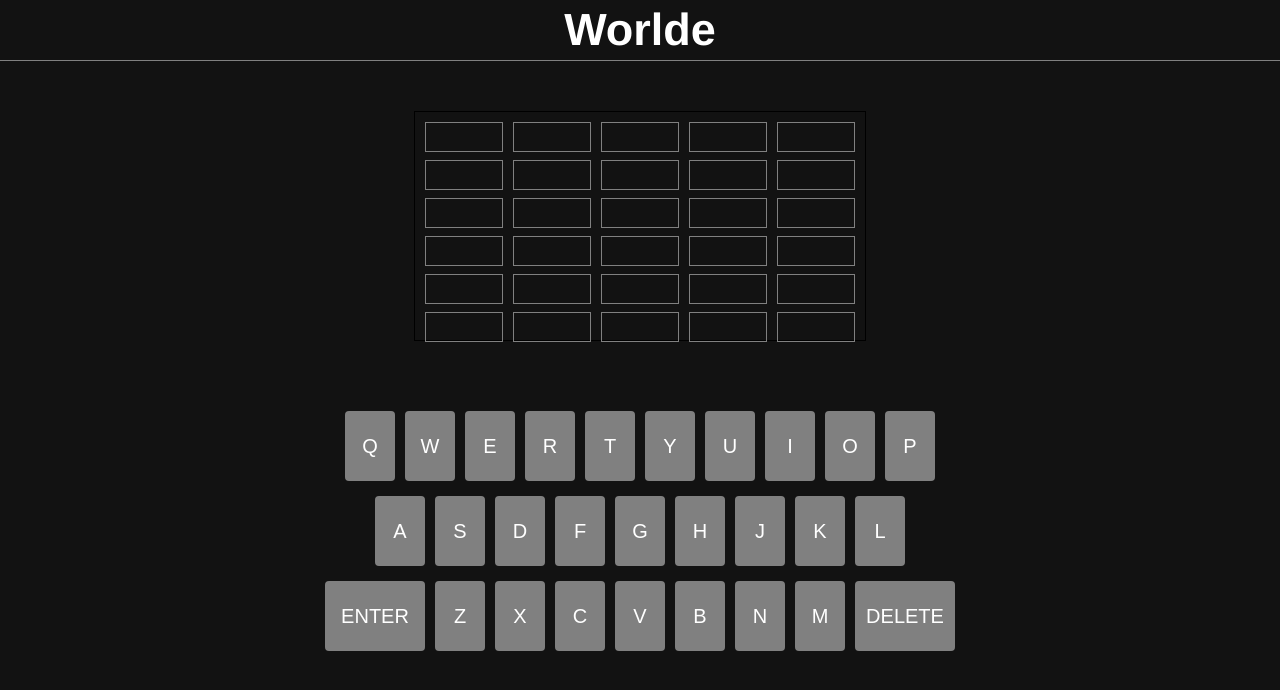
Repository: azizdeghais/Wordle
Page: /
These files come from the project's save history. The page is drawn as it stood at one moment and after the next save; the edit follows.
The browser window is 1280 px wide. The pictures show the whole page.
The project was rebuilt for these pictures with package versions that can differ from the ones it lists, and the page was loaded fresh each time.

Above is the page before, as saved 2022-12-04 11:09:39.

After the next save:
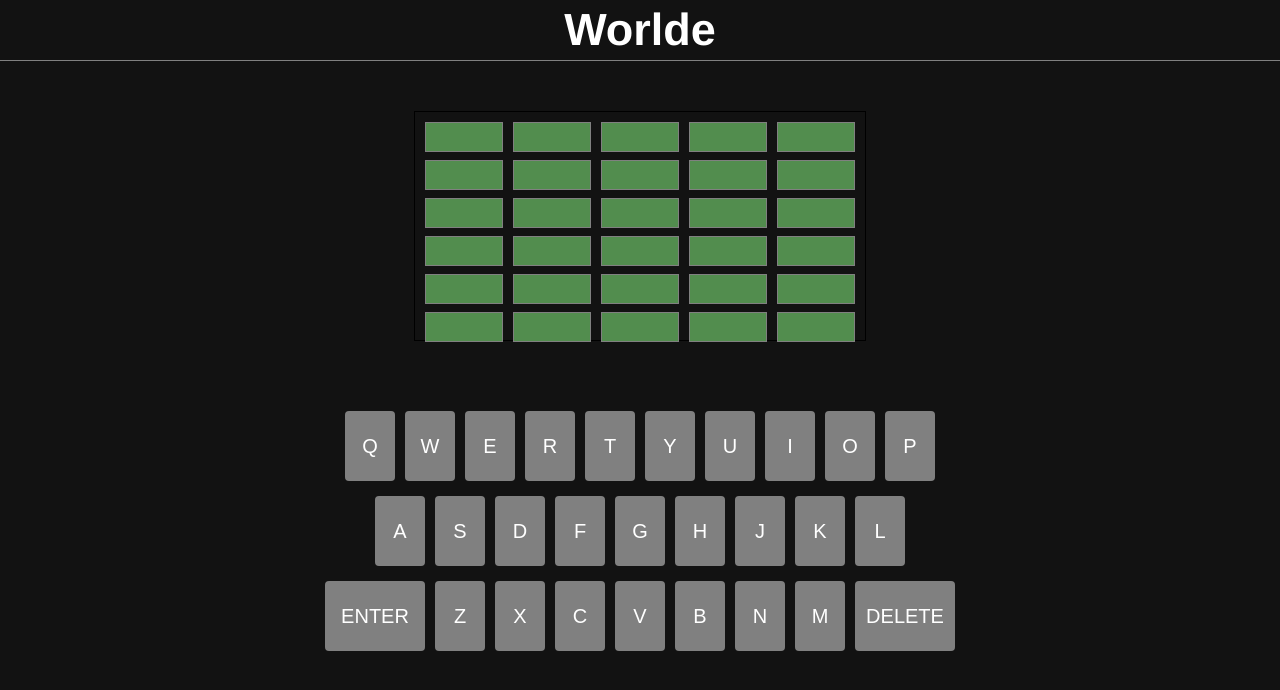
Saved 21 s later.
--- a/src/Components/Letter.js
+++ b/src/Components/Letter.js
@@ -5,7 +5,7 @@
   const {board}=useContext(AppContext);
   const letter = board[attemptVal][letterPos]
   return (
-    <div className='letter'>{letter}</div>
+    <div id={"correct"} className='letter'>{letter}</div>
   )
 }
 
